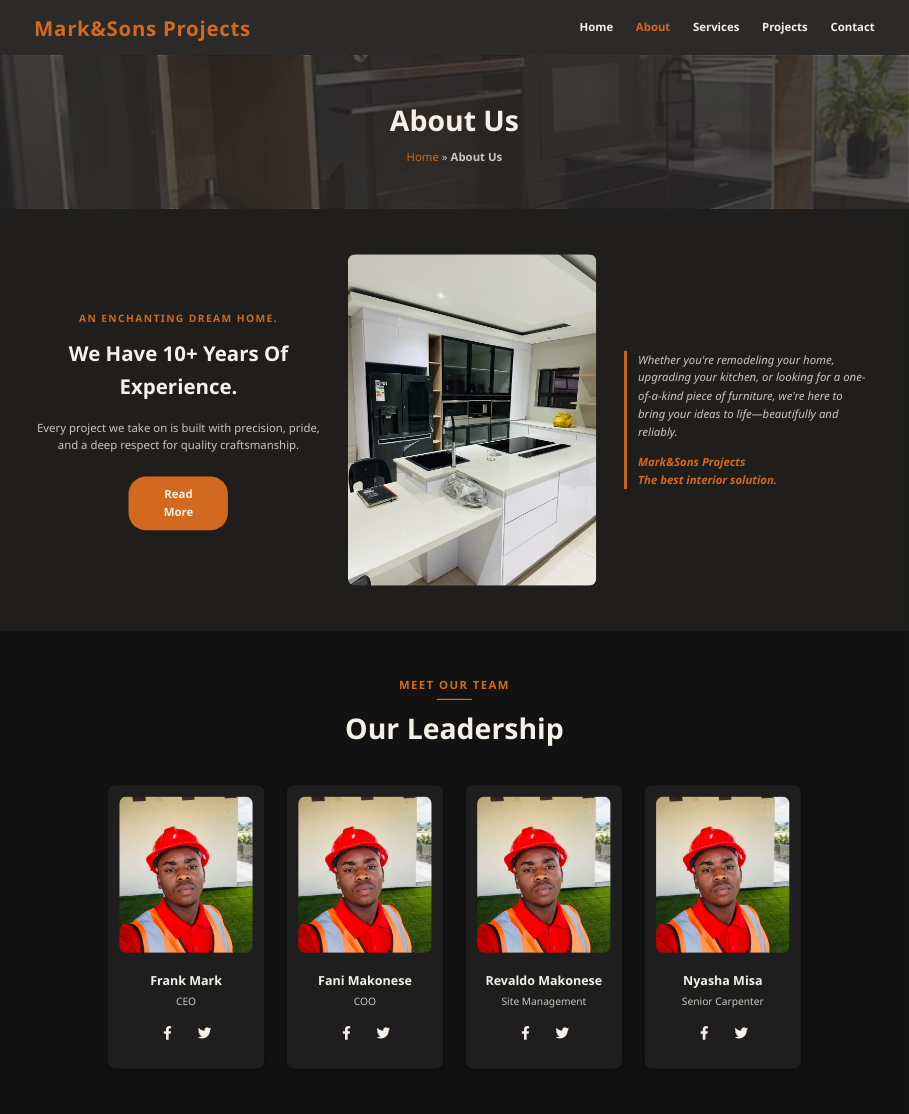
Repository: VallowEvido/Mark-SonsProjects
Page: about.html
These files come from the project's save history. The page is drawn as it stood at one moment and after a run of saves; the edit follows.
The browser window is 1280 px wide. The pictures show the whole page, at 71% of full size.

Above is the page before, as saved 2025-07-18 22:16:46.

### about.html
 <!DOCTYPE html>
<html lang="en">
<head>
  <meta charset="UTF-8" />
  <meta name="viewport" content="width=device-width, initial-scale=1" />
  <title>About Us - Carpentry</title>
  <link rel="stylesheet" href="styles.css" />
  <link rel="stylesheet" href="https://cdnjs.cloudflare.com/ajax/libs/font-awesome/6.4.0/css/all.min.css" />
</head>
<body>
  <nav>
    <div class="logo">Mark&Sons Projects</div>
    <ul>
      <li><a href="home.html">Home</a></li>
      <li><a href="#" class="active">About</a></li>
      <li><a href="services.html">Services</a></li>
      <li><a href="projects.html">Projects</a></li>
      <li><a href="contact.html">Contact</a></li>
    </ul>
  </nav>

  <section class="about-hero">
    <div class="about-hero-content">
      <h1>About Us</h1>
      <p><a href="home.html">Home</a> &raquo; <strong>About Us</strong></p>
    </div>
  </section>

  <section class="about-main">
    <div class="about-text">
      <h5>AN ENCHANTING DREAM HOME.</h5>
      <h2>We Have 10+ Years Of Experience.</h2>
      <p> Every project we take on is built with precision, pride, and a deep respect for quality craftsmanship.</p>
      <a href="#" class="btn btn-pink">Read More</a>
    </div>
    <div class="about-image">
      <img src="images/kitchen/IMG-20241116-WA0012.jpg" alt="About Us Image" />
    </div>
    <div class="about-quote">
      <blockquote>
        <p><em>Whether you're remodeling your home, upgrading your kitchen, or looking for a one-of-a-kind piece of furniture, we're here to bring your ideas to life—beautifully and reliably.</em></p>
        <footer><strong>Mark&Sons Projects</strong><br /><em>The best interior solution.</em></footer>
      </blockquote>
    </div>
  </section>

  <section class="leadership-section">
    <div class="container">
      <p class="section-subtitle">MEET OUR TEAM</p>
      <h2 class="section-title">Our Leadership</h2>
      <div class="leadership-cards">
        <div class="leadership-card">
          <img src="teammembers/fan.jpg" alt="Frank" />
          <h3>Frank Mark</h3>
          <p>CEO</p>
          <div class="social-icons">
            <a href="#" class="facebook"><i class="fab fa-facebook-f"></i></a>
            <a href="#" class="twitter"><i class="fab fa-twitter"></i></a>
          </div>
        </div>
        <div class="leadership-card">
          <img src="teammembers/fan.jpg" alt="Fani" />
          <h3>Fani Makonese</h3>
          <p>COO</p>
          <div class="social-icons">
            <a href="#" class="facebook"><i class="fab fa-facebook-f"></i></a>
            <a href="#" class="twitter"><i class="fab fa-twitter"></i></a>
          </div>
        </div>
        <div class="leadership-card">
          <img src="teammembers/fan.jpg" alt="Revaldo" />
          <h3>Revaldo Makonese</h3>
          <p>Site Management</p>
          <div class="social-icons">
            <a href="#" class="facebook"><i class="fab fa-facebook-f"></i></a>
            <a href="#" class="twitter"><i class="fab fa-twitter"></i></a>
          </div>
        </div>
        <div class="leadership-card">
          <img src="teammembers/fan.jpg" alt="Misa" />
          <h3>Nyasha Misa</h3>
          <p>Senior Carpenter</p>
          <div class="social-icons">
            <a href="#" class="facebook"><i class="fab fa-facebook-f"></i></a>
            <a href="#" class="twitter"><i class="fab fa-twitter"></i></a>
          </div>
        </div>
      </div>
    </div>
  </section>

</body>
</html>

Loaded but not shown: styles.css (1543 lines, source omitted)

After the next 8 saves:
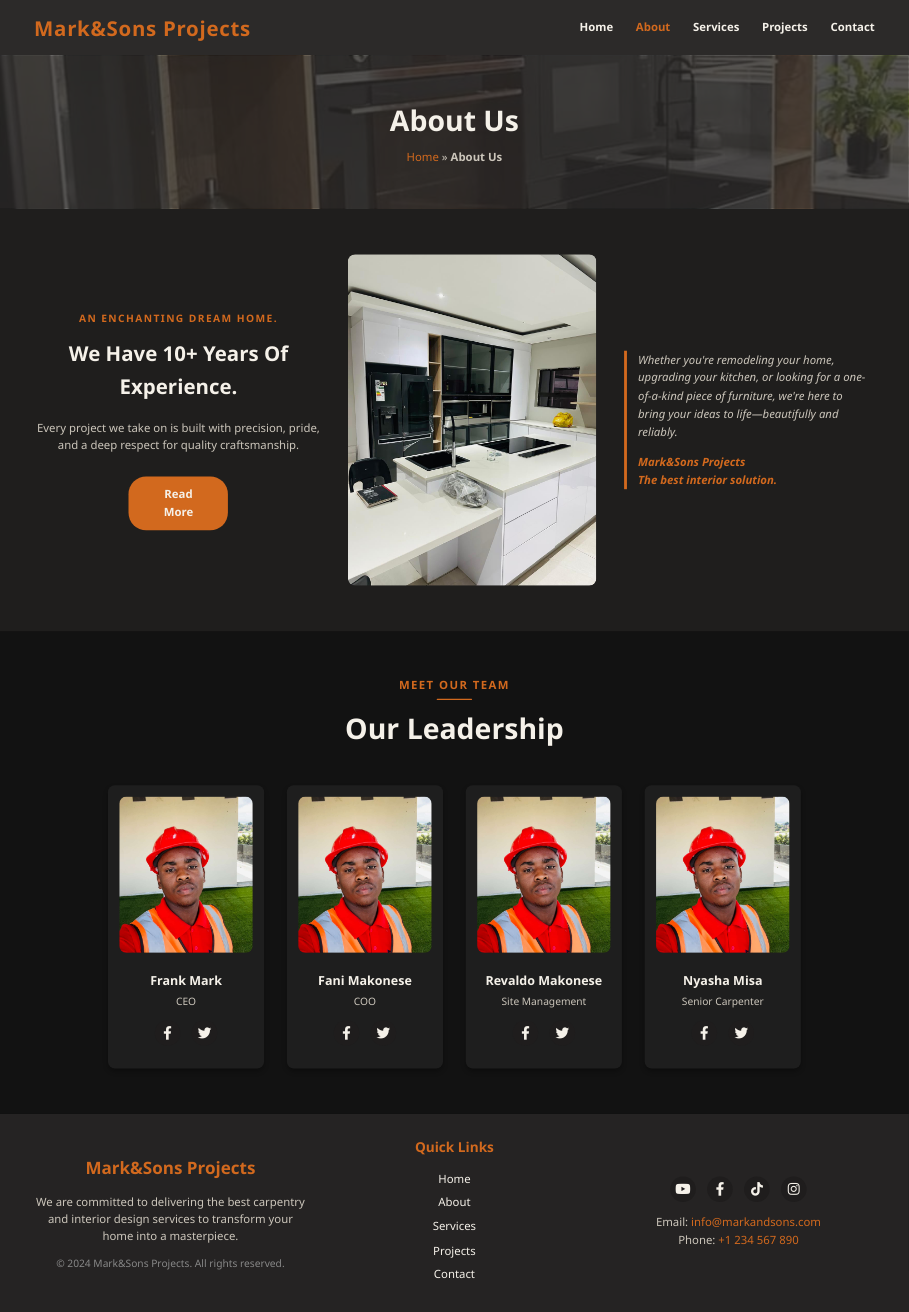
The 8 saves are shown as one change because they came seconds apart.
The last was saved 3 min 2 s later.
--- a/about.html
+++ b/about.html
@@ -87,7 +87,38 @@
         </div>
       </div>
     </div>
-  </section>
+</section>
 
+  <footer class="site-footer">
+    <div class="footer-container">
+      <div class="footer-left">
+        <h3>Mark&Sons Projects</h3>
+        <p>We are committed to delivering the best carpentry and interior design services to transform your home into a masterpiece.</p>
+        <p class="rights">© 2024 Mark&Sons Projects. All rights reserved.</p>
+      </div>
+      <div class="footer-center">
+        <h4>Quick Links</h4>
+        <ul class="footer-links">
+          <li><a href="home.html">Home</a></li>
+          <li><a href="about.html">About</a></li>
+          <li><a href="services.html">Services</a></li>
+          <li><a href="projects.html">Projects</a></li>
+          <li><a href="contact.html">Contact</a></li>
+        </ul>
+      </div>
+      <div class="footer-right">
+        <div class="social-icons">
+          <a href="#" aria-label="YouTube" class="youtube"><i class="fab fa-youtube"></i></a>
+          <a href="#" aria-label="Facebook" class="facebook"><i class="fab fa-facebook-f"></i></a>
+          <a href="#" aria-label="TikTok" class="tiktok"><i class="fab fa-tiktok"></i></a>
+          <a href="#" aria-label="Instagram" class="instagram"><i class="fab fa-instagram"></i></a>
+        </div>
+        <div class="contact-details">
+          <p>Email: <a href="mailto:info@markandsons.com">info@markandsons.com</a></p>
+          <p>Phone: <a href="tel:+1234567890">+1 234 567 890</a></p>
+        </div>
+      </div>
+    </div>
+  </footer>
 </body>
 </html>
